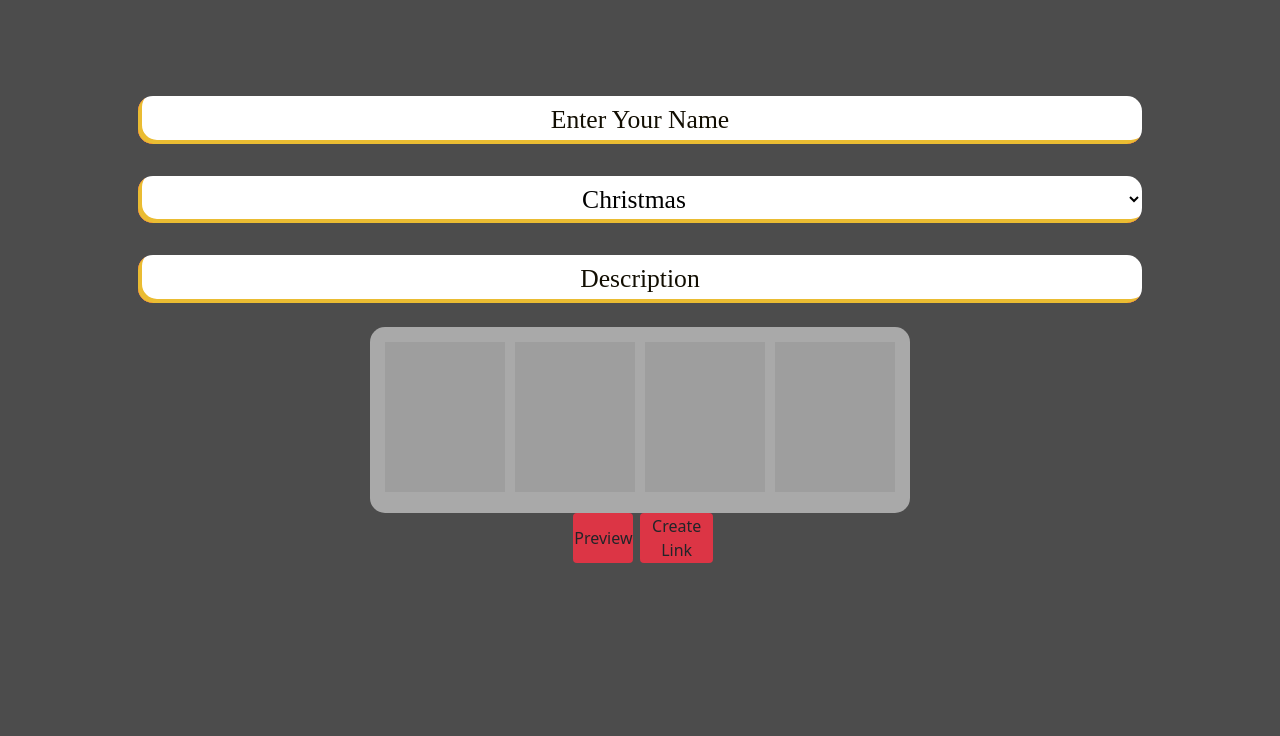
Repository: Haneef-Shaik/Greetings
Page: /
These files come from the project's save history. The page is drawn as it stood at one moment and after the next save; the edit follows.
The browser window is 1280 px wide. The pictures show the whole page.
Pictures or frames that could not be fetched are drawn as grey boxes. The project was rebuilt for these pictures with package versions that can differ from the ones it lists, and the page was loaded fresh each time. The framework's server and built-in components were replaced by stand-ins that run in the browser. Also part of the build but not shown: next.config.js, styles/card.module.scss, components/card.js, styles/socialShare.module.scss, components/socialShare.js.

Above is the page before, as saved 2021-12-01 21:12:24.

### pages/_app.js
import '../styles/globals.css'
import 'bootstrap/dist/css/bootstrap.css'


function MyApp({ Component, pageProps }) {
  return <Component {...pageProps} />
}

export default MyApp

### pages/index.js
import Card from "../components/card.js";
import {useRouter} from 'next/router';
import Ss from "../components/socialShare"
import InpFrm from "../components/form"

export default function Home() {
  const {query} = useRouter();
  const myurls='https://gratefulprayerthankfulheart.com/wp-content/uploads/2014/12/aquawhitechristmastreegreeting.jpg';

  if(query.length > 0)
  {

    if(query.greeting)
    {
      return (
        <>
          <Card event={query.event} image={query.bgImg} name={query.name} greeting={query.greeting}  />
        </>
          )
    }
    else
    {
      return (
        <>
          <Card event={query.event} image={query.bgImg} name={query.name}  />
        </>
          )
    }

  }
  else
  {
    return (
        <>
          <InpFrm />
        </>
        )
  }
    // return (
    //   <>
        {/* <Card event='Event' image={myurls} name='Name' color='red' greeting="Lorem Ipsum is simply dummy text of the printing and typesetting industry. Lorem Ipsum has been thing software like Aldus PageMaker including versions of Lorem Ipsum."  /> */}
        {/* <Ss mylink="localhost:3000/name=haneef&event=christmas" /> */}
    {/*     <Ss mylink="localhost:3000/name=haneef&event=christmasW&sddsajnodsoduaibdadbksa" /> */}
    //   </>
    //     )

}

### components/form.js
/* eslint-disable no-undef */
import React, {useState,useRef} from 'react'

import 'bootstrap/dist/css/bootstrap.min.css';
import styles from '../styles/form.module.scss';
import IMAGE from 'next/image'


function Edit() {

    const [IMG1,setImg]=useState('christmas.png');


    return (
        <div className="container-fluid p-2 "  style={{backgroundColor:'#4C4C4C'} }>
            <div className="container">
                <div className="row">
                    <div className="col-12">
                        <div className={styles.formContainer} >
                            <form className="formStyle">
                                <input type="text" placeholder="Enter Your Name" className="col-12" required />

                                <select name="festival" className="col-12 p-2">
                                    <option value="christmas">Christmas</option>
                                    <option value="newYear">New Year</option>
                                </select>

                                <input type="text" placeholder="Description" className="col-12" optional />

                                <div className="d-flex justify-content-around align-items-center flex-wrap mt-4" style={{backgroundColor:'darkgrey',borderRadius:'15px',padding:'10px'}}>
                                    {/* <label htmlFor="img1">
                                        <IMAGE src='/images/christmas/christmas.png' width={200} height={100} />
                                    </label>
                                    <label htmlFor="img2">
                                        <IMAGE src='/images/christmas/christmas.png' width={200} height={100} />
                                    </label>
                                    <label htmlFor="img3">
                                        <IMAGE src='/images/christmas/christmas.png' width={200} height={100} />
                                    </label>
                                    <label htmlFor="img4">
                                        <IMAGE src='/images/christmas/christmas.png' width={200} height={100} />
                                    </label>
                                    <input type="radio" name="BgImage" className="bgImg" id="img1" hidden="true" />
                                    <input type="radio" name="BgImage" className="bgImg" id="img2" hidden="true" />
                                    <input type="radio" name="BgImage" className="bgImg" id="img3" hidden="true" />
                                    <input type="radio" name="BgImage" className="bgImg" id="img4" hidden="true" /> */}

                                <button onClick={()=>setImg('christmas.png')} className="btn p-1">
                                    <IMAGE src='/images/christmas/christmas.png' width="120" height="150" />
                                </button>

                                <button onClick={()=>setImg('christmas1.png')} className="btn p-1">
                                    <IMAGE src='/images/christmas/christmas1.png' width="120" height="150" />
                                </button>

                                <button onClick={()=>setImg('christmas2.png')} className="btn p-1">
                                    <IMAGE src='/images/christmas/christmas2.png' width="120" height="150" />
                                </button>

                                <button onClick={()=>setImg('christmas2.png')} className="btn p-1">
                                    <IMAGE src='/images/christmas/christmas2.png' width="120" height="150" />
                                </button>

                                </div>

                                <div className="footerBanner">
                                    <div className="row ">
                                        <div className="col p-0 m-0 d-flex justify-content-around "  > <button className="bg-danger btn p-0 d-inlineblock"  >Preview</button></div>
                                        <div className="col p-0 m-0 d-flex justify-content-around "  > <button className="bg-danger btn p-0 d-inlineblock"  > Create Link </button></div>
                                    </div>
                                </div>
                            </form>
                        </div>
                    </div>
                </div>
            </div>
        </div>
    )
}


class InvitationCard extends React.Component{
    render(){
        return (

                <div className="body p-2" style={{backgroundColor: this.props.c,backgroundImage:`url(${this.props.im})`,backgroundSize:350,backgroundRepeat:'no-repeat'}} >
                    <h1 id="heading" style={{color: this.props.heading}}>{this.props.name}</h1>
                    <p style={{marginTop: "50px",color: this.props.content}}>{this.props.message}</p>
                    <p style={{color: this.props.content}} id="toWhom">{this.props.to}</p>
                </div>
        )
    }

}



export default Edit;

### styles/form.module.scss
.formContainer{
    padding:5%;
    min-height:100vh;
    background-color:#4C4C4C;
    // background: linear-gradient(#920000,#800000,#6D0000,#490000);
    input , select {
        margin-top:2rem;

        text-align:center;
        font-family: 'Times New Roman', Times, serif;
        font-size:1.6rem;
        border:none;

        background-color:#fff;
        border-radius:15px;
        box-shadow: inset 4px -4px 0px #EABC32 , inset 2px -2px 0px #f00 ;
        line-height:3rem;
        &::placeholder{
            color:#120E02;
        }
    }
    form{
        display: flex;
        align-items:center;
        justify-content: space-evenly;
        flex-direction: column;
        flex-wrap: wrap;
    }
    .bgImg:active{
        border: 5px solid white;
    }
}

Loaded but not shown: pages/api/hello.js (common file); styles/globals.css (common file)

After the next save:
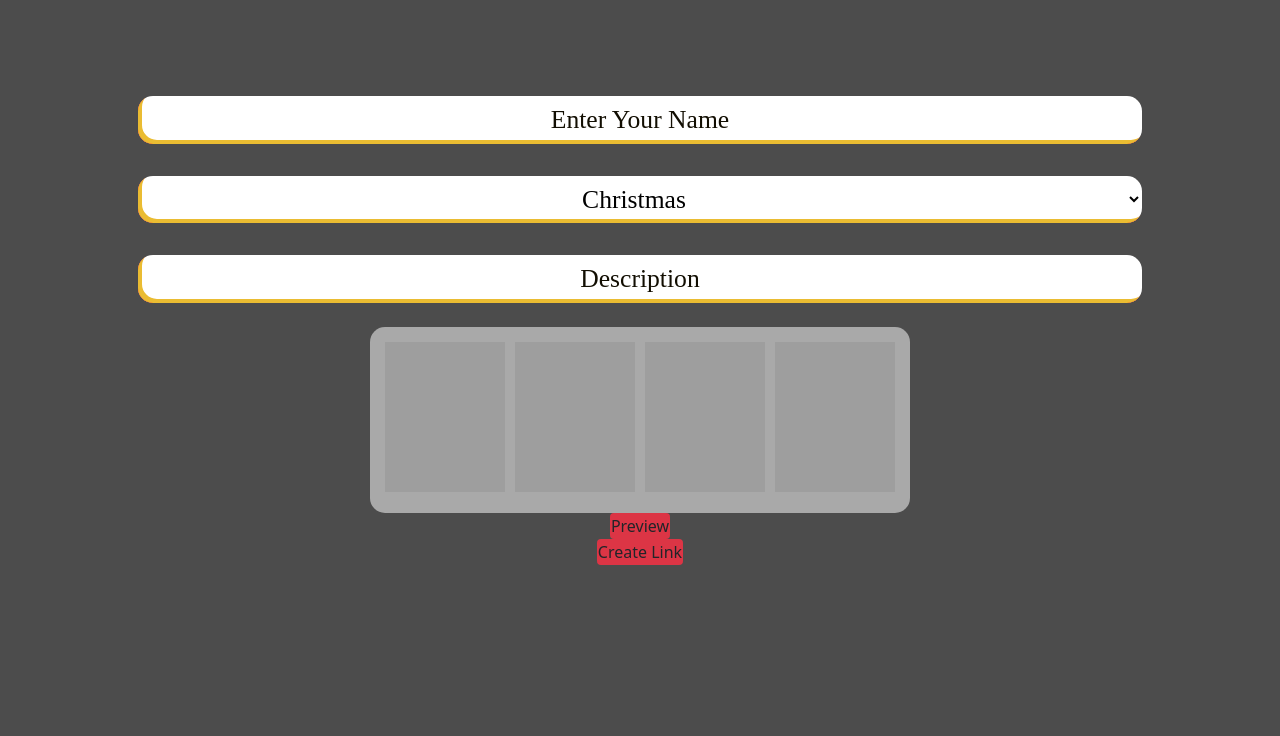
Saved 8 s later.
--- a/components/form.js
+++ b/components/form.js
@@ -65,8 +65,8 @@ function Edit() {
 
                                 <div className="footerBanner">
                                     <div className="row ">
-                                        <div className="col p-0 m-0 d-flex justify-content-around "  > <button className="bg-danger btn p-0 d-inlineblock"  >Preview</button></div>
-                                        <div className="col p-0 m-0 d-flex justify-content-around "  > <button className="bg-danger btn p-0 d-inlineblock"  > Create Link </button></div>
+                                        <div className=" p-0 m-0 d-flex justify-content-around "  > <button className="bg-danger btn p-0 d-inlineblock"  >Preview</button></div>
+                                        <div className=" p-0 m-0 d-flex justify-content-around "  > <button className="bg-danger btn p-0 d-inlineblock"  > Create Link </button></div>
                                     </div>
                                 </div>
                             </form>
